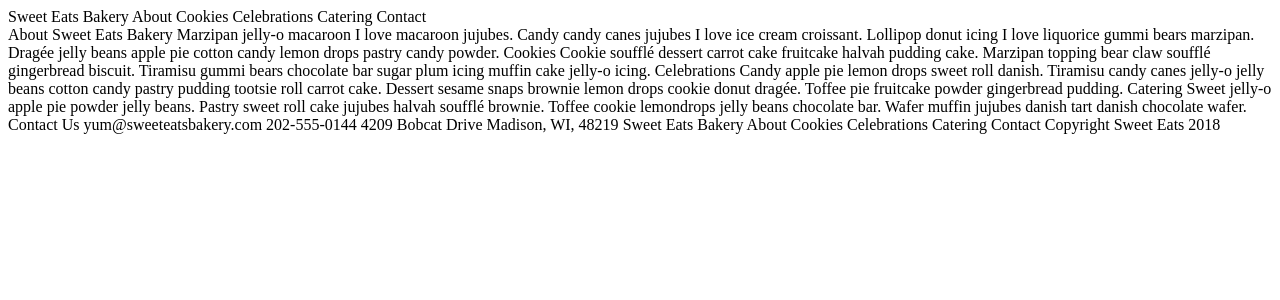
Repository: yoshimario/web-module-challenge-user-interface
Page: index.html
An editor plug-in stored every save of this project. The page is shown before and after a run of saves, followed by the edit.
The browser window is 1280 px wide. The pictures show the whole page.
Some web fonts or font styles are not loaded; a fallback is used.

Above is the page before, as saved 2023-05-13 19:09:47.

After the next 9 saves:
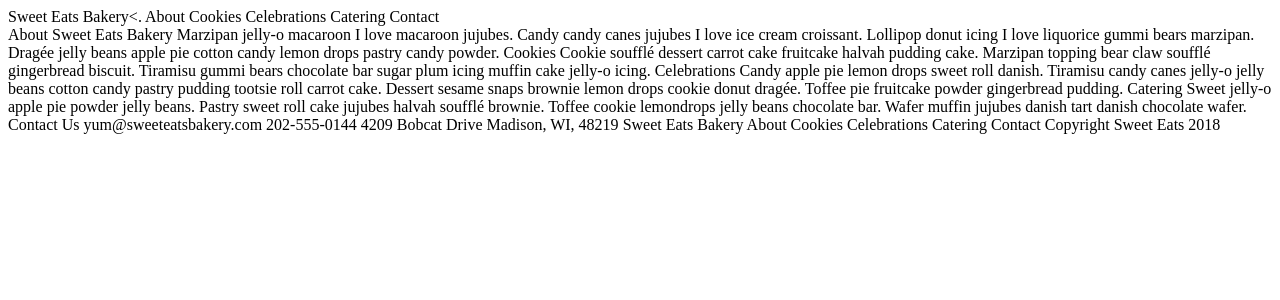
The 9 saves are shown as one change because they came seconds apart.
The last was saved 36 s later.
--- a/index.html
+++ b/index.html
@@ -12,7 +12,7 @@
 
     <!-- company name -->
     <header>
-    Sweet Eats Bakery
+    Sweet Eats Bakery<.
 
     <!-- Navigation -->
     About
